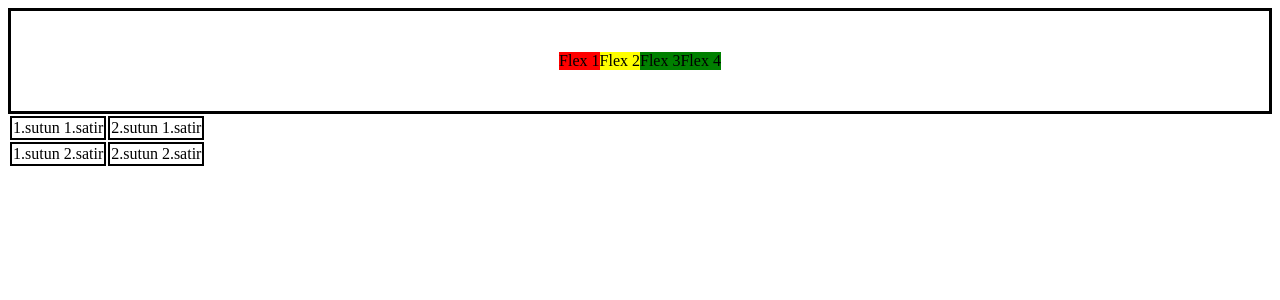
Repository: Kubraaygun/Html_Css_Login
Page: index.html
These files come from the project's save history. The page is drawn as it stood at one moment and after the next save; the edit follows.
The browser window is 1280 px wide. The pictures show the whole page.

Above is the page before, as saved 2025-03-04 19:37:02.

### index.html
<!DOCTYPE html>
<html lang="en">
  <head>
    <meta charset="UTF-8" />
    <meta name="viewport" content="width=device-width, initial-scale=1.0" />
    <title>HTML</title>
    <link rel="stylesheet" href="style.css" />
  </head>

  <body>
    <div
      class="contain"
      style="
        display: flex;
        height: 100px;
        border: 3px solid black;
        align-items: center;
        justify-content: center;
      "
    >
      <div style="background-color: red">Flex 1</div>
      <div style="background-color: yellow">Flex 2</div>
      <div style="background-color: green">Flex 3</div>
      <div style="background-color: green">Flex 4</div>
    </div>

    <table tyle="border: 4px solid black">
      <tr>
        <td style="border: 2px solid black">1.sutun 1.satir</td>
        <td style="border: 2px solid black">2.sutun 1.satir</td>
      </tr>
      <tr>
        <td style="border: 2px solid black">1.sutun 2.satir</td>
        <td style="border: 2px solid black">2.sutun 2.satir</td>
      </tr>
    </table>
  </body>
</html>

### style.css
/* body {
  font-size: 20px;
  background-color: aquamarine;
}
.h1:hover {
  background-color: purple;
}
#h1:hover {
  color: purple;
}
.link:hover {
  text-decoration: none;
}

ol {
  background-color: yellow;
  border: 10px groove gray;
}

ul {
  background-color: red;
  margin: 60px 40px 0 60px;
}

li {
  background-color: green;
  margin: 10px;
}

.table {
  border: 3px solid gray;
}

.table-header {
  border: 3px solid gray;
}
.table-row {
  border: 1px solid black;
} */

After the next save:
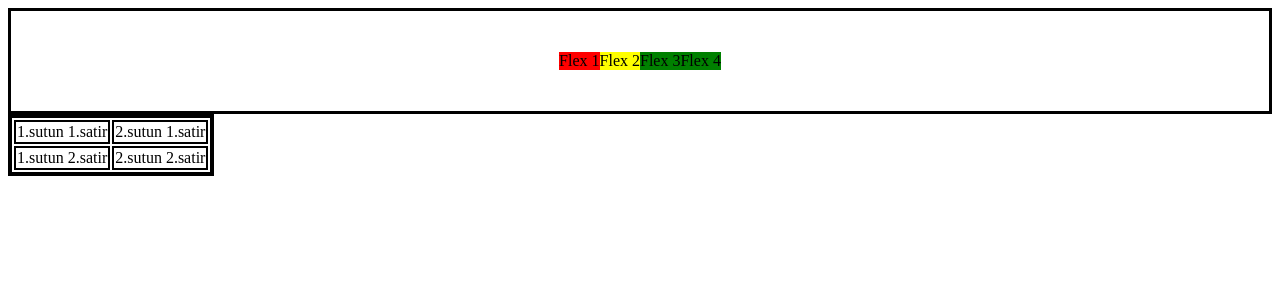
Saved 9 s later.
--- a/index.html
+++ b/index.html
@@ -24,7 +24,7 @@
       <div style="background-color: green">Flex 4</div>
     </div>
 
-    <table tyle="border: 4px solid black">
+    <table style="border: 4px solid black">
       <tr>
         <td style="border: 2px solid black">1.sutun 1.satir</td>
         <td style="border: 2px solid black">2.sutun 1.satir</td>
